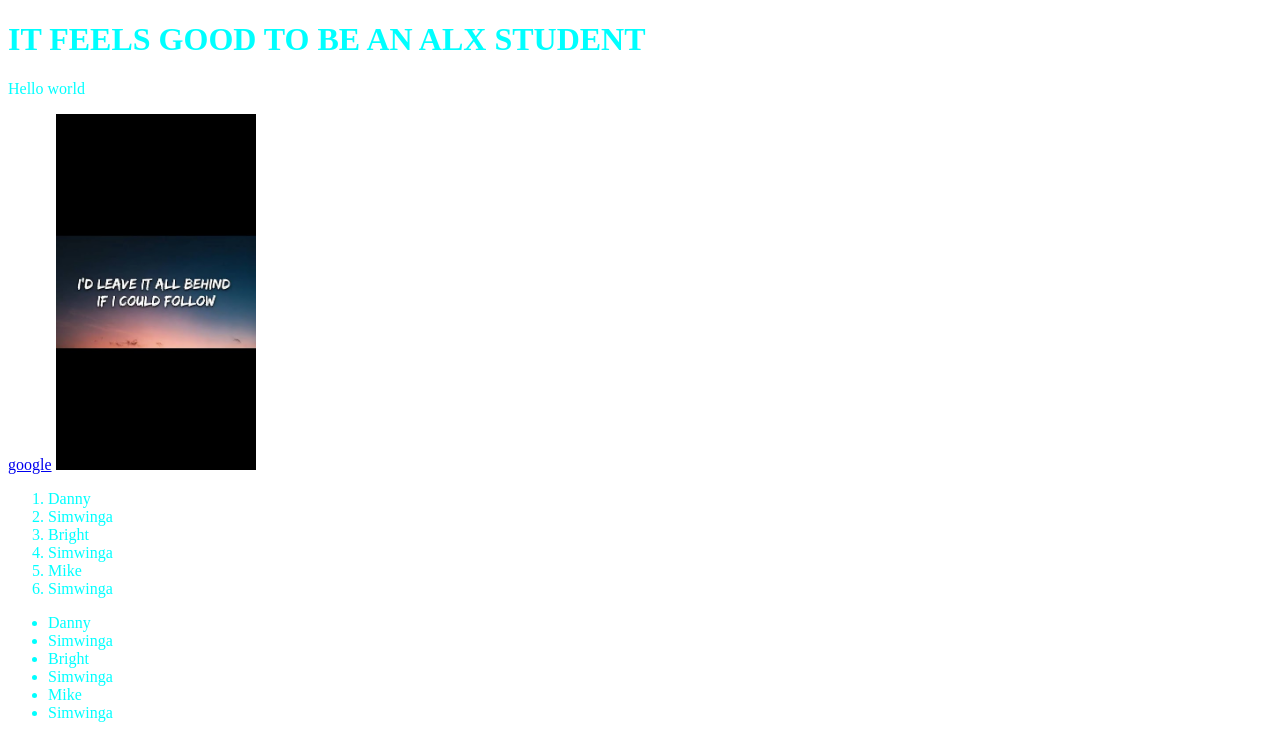
Repository: dannysimw/alx_tools_intro
Page: html/index.html
These files come from the project's save history. The page is drawn as it stood at one moment and after the next save; the edit follows.
The browser window is 1280 px wide. The pictures show the whole page.

Above is the page before, as saved 2023-07-01 21:57:16.

After the next save:
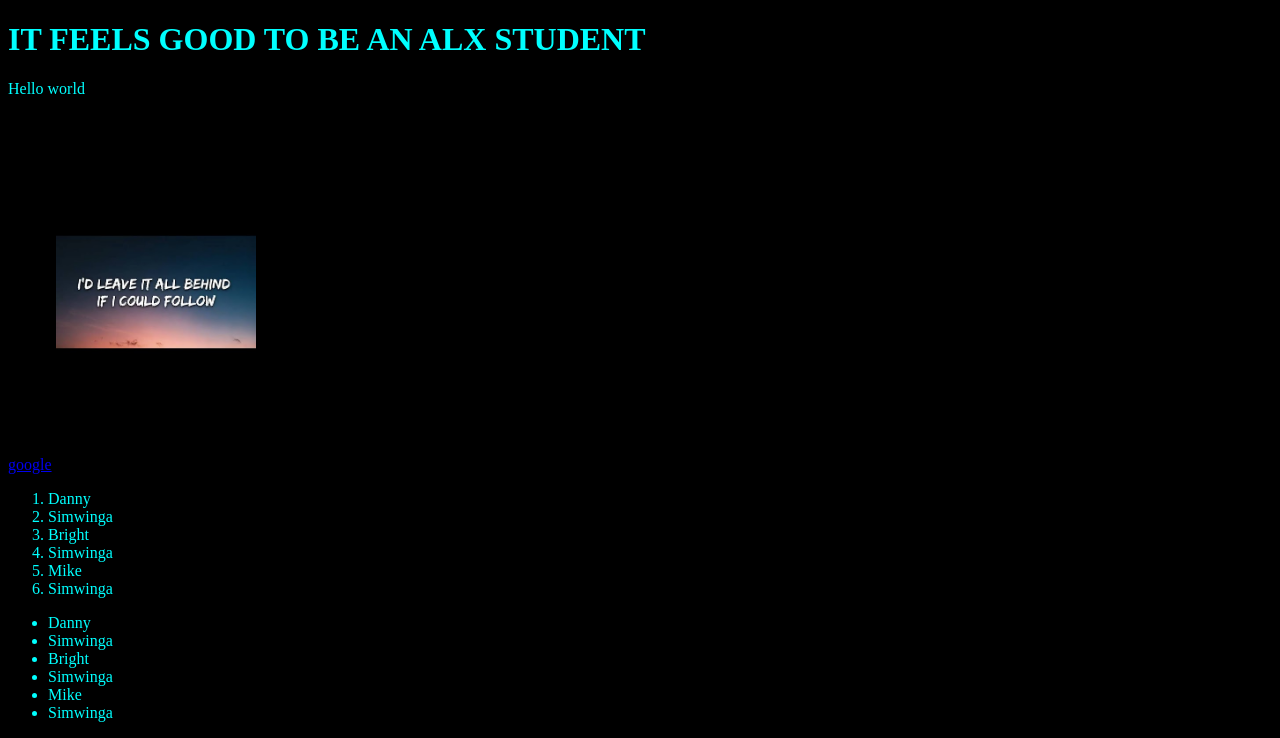
Saved 38 s later.
--- a/html/index.html
+++ b/html/index.html
@@ -5,7 +5,7 @@
     <meta name="viewport" content="width=device-width, initial-scale=1.0">
     <title>INTRO TO HTML</title>
 </head>
-<body style="color: aqua; background-color: color;">
+<body style="color: aqua; background-color: black;">
     <h1>IT FEELS GOOD TO BE AN ALX STUDENT</h1>
     <p>Hello world</p>
     <a href="https://google.com">google</a>
